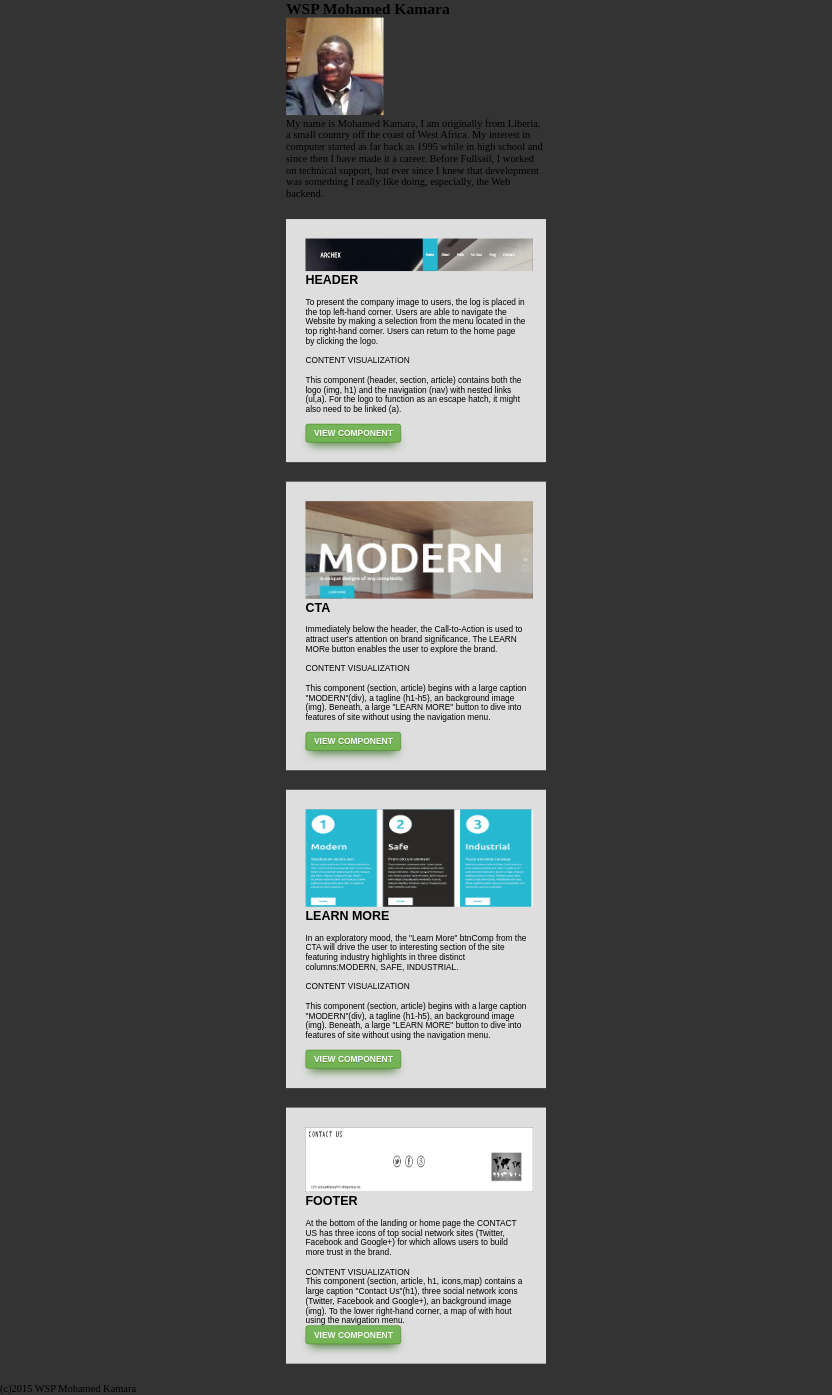
Repository: makamara/WSP_Project
Page: wsp/index.html
An editor plug-in stored every save of this project. The page is shown before and after the next save, followed by the edit.
The browser window is 1280 px wide. The pictures show the whole page, at 65% of full size.

Above is the page before, as saved 2015-09-15 18:34:12.

### wsp/index.html
<!DOCTYPE html>
<html>
<head>
	<title>WSP: Mohamed Kamara</title>
	<link rel="stylesheet" type="text/css" href="css/reset.css" />
	<link rel="stylesheet" type="text/css" href="css/main.css" />
</head>
<body>


	<!-- Header -->
	<header>

	</header>

	<!-- About -->
	<section>
		<h1>WSP Mohamed Kamara</h1>
		<div class="image">
			<img src="images/art_pix.jpg" alt="Mohamed Kamara" width="150" height="150" />
			<p>My name is Mohamed Kamara, I am originally from Liberia, a small country off the coast of West Africa. My interest in computer
		started as far back as 1995 while in high school and since then I have made it a career. Before Fullsail, I worked on technical
		support, but ever since I knew that development was something I really like doing, especially, the Web backend.
		</p>
		</div>

	</section>

	<!-- Blog, Components -->
	<section>
		<!-- Header section -->
		<article>

			<img src="images/header.png" alt="Header Section" width="350" height="50" />
			<h1>HEADER</h1><br />
			<p>To present the company image to users, the log is placed in the top left-hand corner. Users are able to navigate the Website
			by making a selection from the menu located in the top right-hand corner. Users can return to the home page by clicking the logo.
			</p><br />
			<h3>CONTENT VISUALIZATION</h3><br />

			<p>This component (header, section, article) contains both the logo (img, h1) and the navigation (nav) with nested links (ul,a).
			For the logo to function as an escape hatch, it might also need to be linked (a).
			</p><br />
			<p><a href="" class="btnComp">VIEW COMPONENT</a></p>
		</article>
		<!-- CTA section -->
		<article>
			<img src="images/cta.jpg" alt="CTA" width="350" height="150" />
			<h1>CTA</h1><br />
			<p>Immediately below the header, the Call-to-Action is used to attract user's attention on brand significance.
				The <strong>LEARN MORe</strong> button enables the user to explore the brand.
			</p><br />
			<h3>CONTENT VISUALIZATION</h3><br />
			<p>This component (section, article) begins with a large caption "MODERN"(div), a tagline (h1-h5), an background image (img).
			Beneath, a large "LEARN MORE" button to dive into features of site without using the navigation menu.
			</p><br />
			<p><a href="" class="btnComp">VIEW COMPONENT</a></p>
		</article>
	<!-- LEARN MORE section -->
		<article>
			<img src="images/learnmore.jpg" alt="Learn More" width="350" height="150" />
			<h1>LEARN MORE</h1><br />
			<p>In an exploratory mood, the "Learn More" btnComp from the CTA will drive the user to interesting section of the site featuring
			industry highlights in three distinct columns:MODERN, SAFE, INDUSTRIAL.

			</p><br />
			<h3>CONTENT VISUALIZATION</h3><br />
			<p>This component (section, article) begins with a large caption "MODERN"(div), a tagline (h1-h5), an background image (img).
			Beneath, a large "LEARN MORE" button to dive into features of site without using the navigation menu.
			</p><br />
			<p><a href="" class="btnComp">VIEW COMPONENT</a></p>
		</article>
		<!-- FOOTER section -->
		<article>
			<img src="images/footer.jpg" alt="Footer" width="350" height="100" />
			<h1>FOOTER</h1><br />
			<p>At the bottom of the landing or home page the CONTACT US has three icons of top social network sites (Twitter, Facebook and Google+) for
			which allows users to build more trust in the brand.

			</p><br />
			<h3>CONTENT VISUALIZATION</h3>
			<p>This component (section, article, h1, icons,map) contains a large caption "Contact Us"(h1), three social network icons (Twitter, Facebook and Google+),
				 an background image (img). To the lower right-hand corner, a map of with hout using the navigation menu.
			</p>
			<p><a href="" class="btnComp">VIEW COMPONENT</a></p>
		</article>
	</section>
<footer>(c)2015 WSP Mohamed Kamara</footer>
</body>
</html>

### wsp/css/reset.css
/* CSS RESET
====================================================================================================
====================================================================================================
*/



html, body, div, main, span, applet, object, iframe,
h1, h2, h3, h4, h5, h6, p, blockquote, pre,
a, abbr, acronym, address, big, cite, code,
del, dfn, em, img, ins, kbd, q, s, samp,
small, strike, strong, sub, sup, tt, var,
b, u, i, center,
dl, dt, dd, ol, ul, li,
fieldset, form, label, legend, input, textarea,
table, caption, tbody, tfoot, thead, tr, th, td,
article, aside, canvas, details, embed,
figure, figcaption, footer, header, hgroup,
menu, nav, output, ruby, section, summary,
time, mark, audio, video,
::before, ::after {

	margin: 0; padding: 0;
	border: 0;
	font-size: 100%;
	font: inherit;
	vertical-align: baseline;
	text-decoration: none;

	box-sizing: border-box;

}

// HTML5 - Older browser support
// ======================================================================
article, aside, details, figcaption, figure,
footer, header, hgroup, menu, nav, section {
	display: block;
}


// BODY
// ======================================================================
body {
	line-height: 1;
	font-family: Verdana, Arial, Helvetica, sans-serif;

}


// LISTS - Clear bullets
// ======================================================================
ol, ul { list-style: none; }


// QUOTES
// ======================================================================
blockquote, q { quotes: none; }
blockquote:before, blockquote:after,
q:before, q:after {
	content: '';
	content: none;
}

// TABLES
// ======================================================================
table {
	border-collapse: collapse;
	border-spacing: 0;
}

### wsp/css/main.css
/* Project CSS
============================================================
============================================================*/
body {
    background: #333333;
}

header, section {
    width: 400px;
    margin: 0 auto;
}


/* HEADER ============================== */

/* ABOUT ============================== */

/* COMPONENTS ============================== */
article {
    background: #DEDEDE;
    padding: 30px;
    margin: 30px 0;
    font-family:Arial, Helvetica, sans-serif;
    font-size:0.8em;
}

h1 {
	font-weight:bold;
	font-size:1.5em;
	font-style:normal;
}

h3 {
	font-size:1em;
	font-style:normal
}

/* View Component button ============================== */
.btnComp {
	-moz-box-shadow: 0px 10px 14px -7px #3e7327;
	-webkit-box-shadow: 0px 10px 14px -7px #3e7327;
	box-shadow: 0px 10px 14px -7px #3e7327;
	background:-webkit-gradient(linear, left top, left bottom, color-stop(0.05, #77b55a), color-stop(1, #72b352));
	background-color:#77b55a;
	-moz-border-radius:4px;
	-webkit-border-radius:4px;
	border-radius:4px;
	border:1px solid #4b8f29;
	display:inline-block;
	cursor:pointer;
	color:#ffffff;
	font-family:Arial;
	font-size:13px;
	font-weight:bold;
	padding:6px 12px;
	text-decoration:none;
	text-shadow:0px 1px 0px #5b8a3c;
}
.btnComp:hover {
	background:-webkit-gradient(linear, left top, left bottom, color-stop(0.05, #72b352), color-stop(1, #77b55a));
	background-color:#72b352;
}
.btnComp:active {
	position:relative;
	top:1px;
}

After the next save:
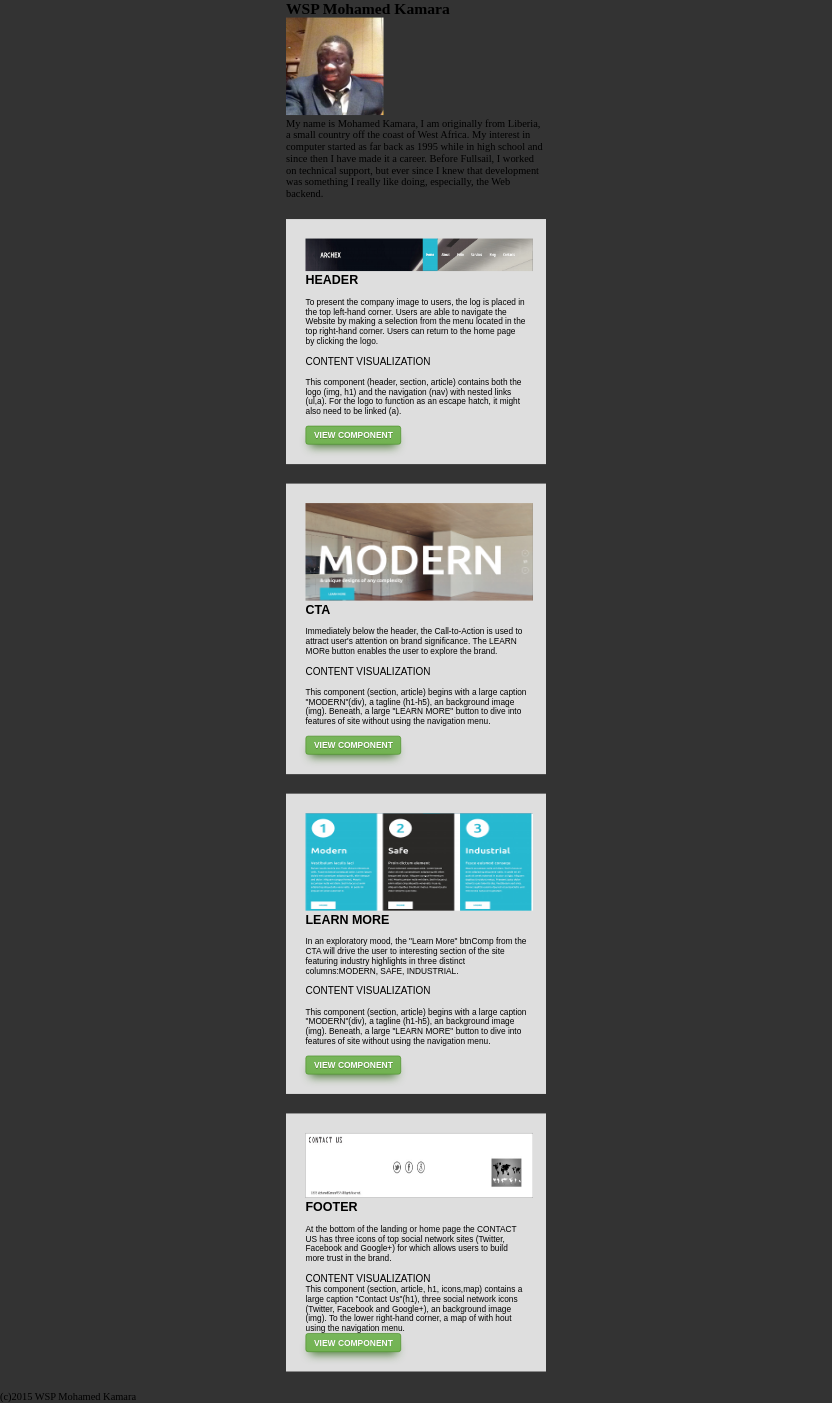
Saved 50 s later.
--- a/wsp/css/main.css
+++ b/wsp/css/main.css
@@ -31,7 +31,7 @@ h1 {
 }
 
 h3 {
-	font-size:1em;
+	font-size:1.2em;
 	font-style:normal
 }
 
